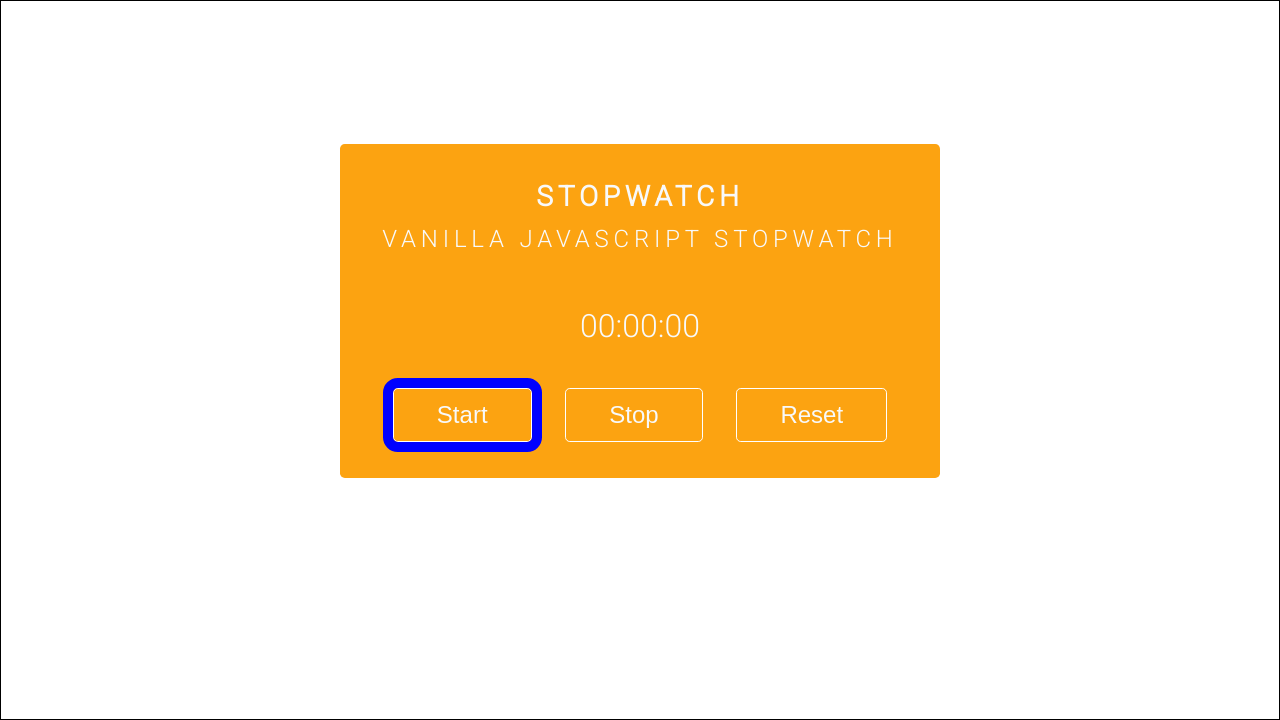
Repository: siaxiong/siaxiong.github.io
Page: doc/stopWatch.html
The author's editor kept a copy of each file at every save. The page is drawn from the files as they stood at one save, then again after the next save.
The browser window is 1280 px wide. The pictures show the whole page.
The first visible `.stopwatch__button` has the focus.

Above is the page before, as saved 2021-03-11 16:19:00.

### doc/stopWatch.html
<!DOCTYPE html>
<html lang="en">

<head>
    <meta charset="UTF-8">
    <meta http-equiv="X-UA-Compatible" content="IE=edge">
    <meta name="viewport" content="width=device-width, initial-scale=1.0">
    <link rel="preconnect" href="https://fonts.gstatic.com">
    <link href="https://fonts.googleapis.com/css2?family=Roboto:wght@300&display=swap" rel="stylesheet">
    <title>StopWatch</title>
</head>

<style>
    * {
        box-sizing: border-box;
        padding: 0;
        margin: 0;
    }


    .container {
        border: 1px solid black;
        height: 100vh;
    }

    .stopwatch {
        margin: 0 auto;
        max-width: 600px;
        width: 100%;

        color: #f8f9fa;
        font-family: 'Roboto', sans-serif;
        text-align: center;

        font-size: 1.5rem;
        border-radius: 0.2em;

    }

    .stopwatch--orange {
        background-color: #fca311;

    }

    .stopwatch__title,
    .stopwatch__buttons {
        padding: 1.5em;
        /* margin: 1em 0; */
        /* border: 1px solid yellow; */
    }

    .stopwatch__title {
        overflow-wrap: break-word;
        letter-spacing: 0.2em;
        /* font-size: 1.5rem; */
    }

    .stopwatch__title>* + *{
        margin: 0.5em 0;

    }

    .stopwatch__buttons {
        display: flex;
        justify-content: space-around;
        flex-wrap: wrap;
    }

    .stopwatch__button:focus {
        outline: 10px solid blue;
    }



    .stopwatch__time {
        overflow-wrap: break-word;
        font-size: 2rem;
        padding: 0.2em;
    }

    .stopwatch__buttons>* {
        border: 1px solid #fff;
        border-radius: 0.2em;
        padding: 0.5em 1.8em;
        font-size: inherit;
        color: inherit;
        background-color: inherit;

    }

    .stopwatch--position {
        position: absolute;
        top: 20%;
        left: 50%;
        transform: translateX(-50%);

    }

    @media only screen and (max-width: 700px) {
        .stopwatch {
            max-width: 90%;
        }
    }

    @media only screen and (max-width:556px) {
        .stopwatch__buttons>* {
            flex: 1;
        }
    }
</style>

<body>

    <!-----USE BEM METHODOLOGY-->
    <div class="container">

        <div class="stopwatch stopwatch--orange stopwatch--medium stopwatch--position">
            <div class="stopwatch__title">
                <h3>STOPWATCH</h3>
                <p>VANILLA JAVASCRIPT STOPWATCH</p>
            </div>

            <div id="stopwatch__time" class="stopwatch__time">
                00:00:00

            </div>

            <div class="stopwatch__buttons">
                <button id="stopwatch__button--start" class="stopwatch__button">
                    Start
                </button>
                <button id="stopwatch__button--stop" class="stopwatch__button">
                    Stop
                </button>
                <button id="stopwatch__button--reset"class="stopwatch__button">
                    Reset
                </button>
            </div>

        </div>

    </div>

    <script>

        let startButton = document.getElementById('stopwatch__button--start');
        let stopButton = document.getElementById('stopwatch__button--stop');
        let resetButton = document.getElementById('stopwatch__button--reset');

        let startTime;
        let elapsedTime = 0;
        let timerInterval;

        startButton.addEventListener("click", start);
        stopButton.addEventListener("click", stop);
        resetButton.addEventListener("click", reset);



        function start(){
            startTime = Date.now() - elapsedTime;
            timerInterval = setInterval(function printTime(){
                elapsedTime = Date.now() - startTime;
                print(timeToString(elapsedTime));
            }, 10)
        }

        function stop(){
            clearInterval(timerInterval);
        }

        function reset(){
            clearInterval(timerInterval);
            print("00:00:00");
            elapsedTime = 0;
        }

        function print(txt){
            document.getElementById("stopwatch__time").innerHTML = txt;
        }

        function timeToString(time) {

            let diffInHrs = time / 3600000;
            let hh = Math.floor(diffInHrs)

            let diffInMin = (diffInHrs - hh) * 60;
            let mm = Math.floor(diffInMin)

            let diffInSec = (diffInMin - mm) * 60;
            let ss = Math.floor(diffInSec);

            let DiffInMs = (diffInSec - ss) * 100;
            let ms = Math.floor(DiffInMs);


            let formattedMM = mm.toString().padStart(2, "0");
            let formattedSS = ss.toString().padStart(2, "0");
            let formattedMS = ms.toString().padStart(2, "0");


            return `${formattedMM}:${formattedSS}:${formattedMS}`;
        }




    </script>


</body>

</html>

After the next save:
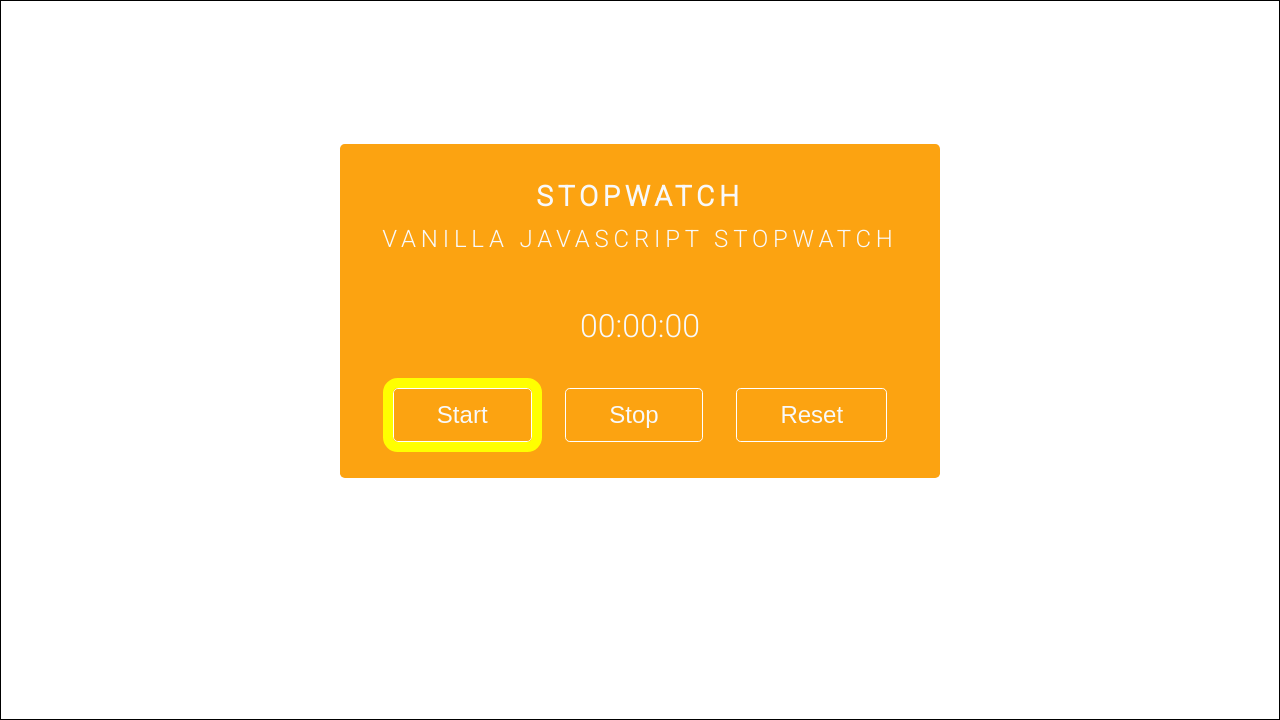
Saved 13 s later.
--- a/doc/stopWatch.html
+++ b/doc/stopWatch.html
@@ -67,7 +67,7 @@
     }
 
     .stopwatch__button:focus {
-        outline: 10px solid blue;
+        outline: 10px solid yellow;
     }
 
 
